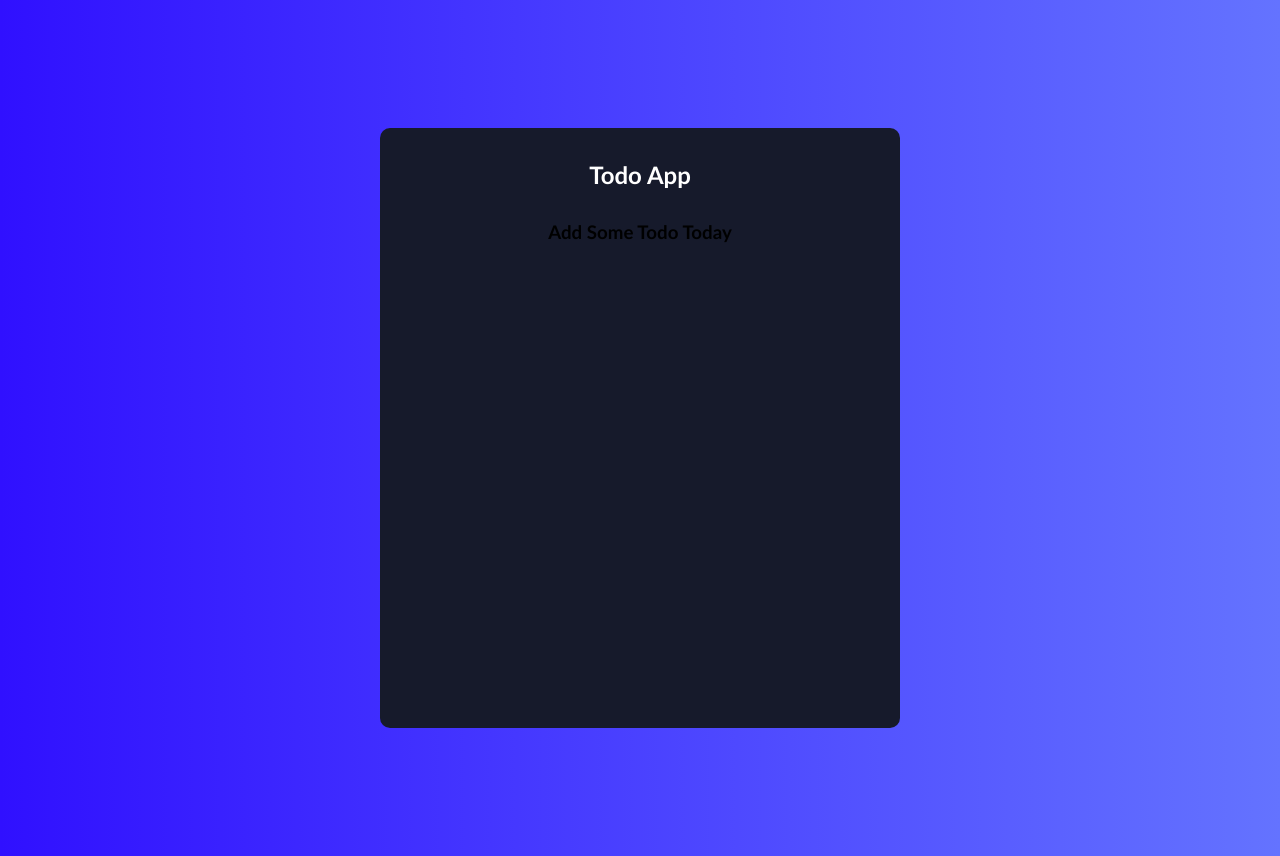
Repository: qqharry21/react-todo-app-v1
Page: /
These files come from the project's save history. The page is drawn as it stood at one moment and after the next save; the edit follows.
The browser window is 1280 px wide. The pictures show the whole page.
The project was rebuilt for these pictures with package versions that can differ from the ones it lists, and the page was loaded fresh each time. Also part of the build but not shown: src/components/TodoForm.js, src/components/Todo.js, src/components/TodoList.js.

Above is the page before, as saved 2021-12-25 17:13:33.

After the next save:
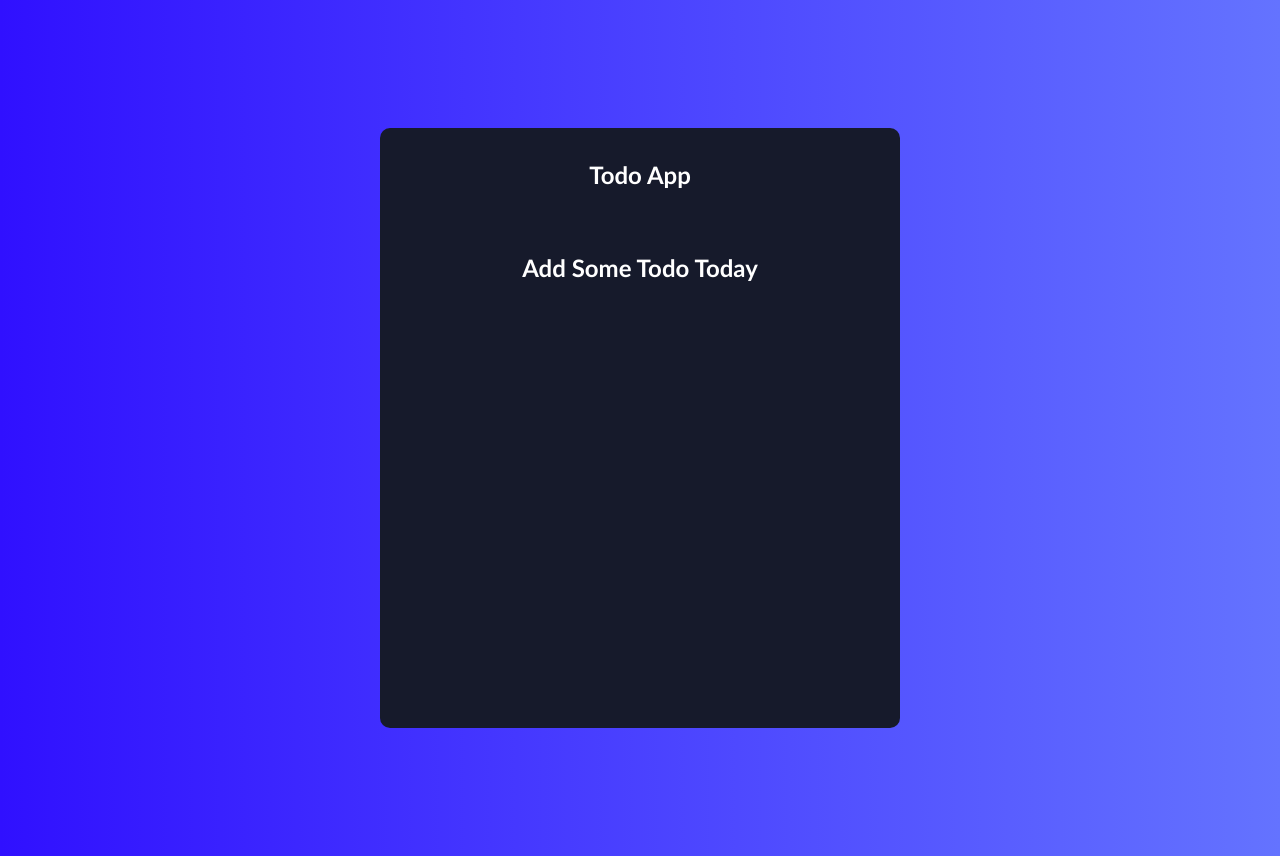
Saved 40 s later.
--- a/src/components_test/TodoForm.js
+++ b/src/components_test/TodoForm.js
@@ -5,7 +5,7 @@ import React from 'react';
 function TodoForm() {
   return (
     <form action='' className='todo-form'>
-      <h3>Add Some Todo Today</h3>
+      <h1>Add Some Todo Today</h1>
     </form>
   );
 }
